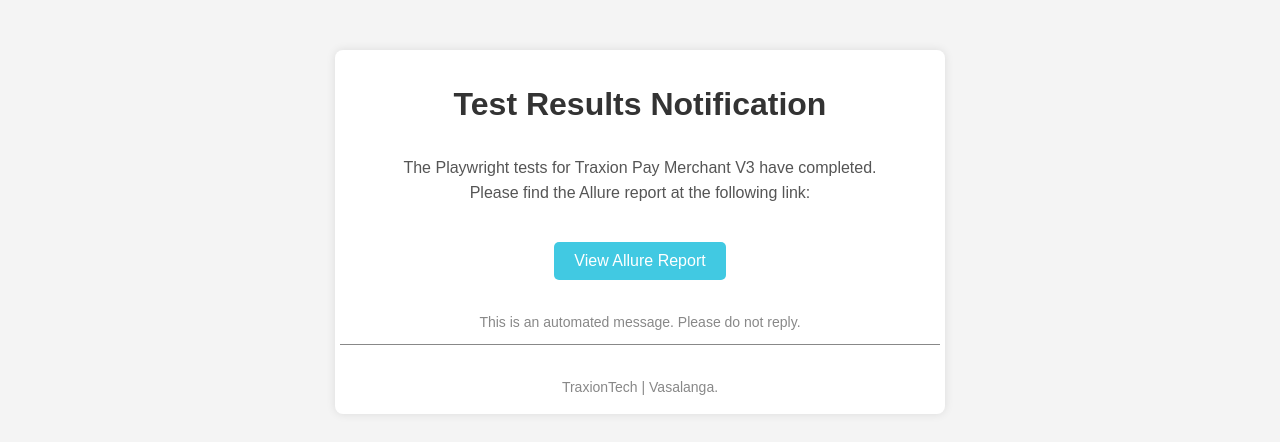
Repository: jmendozaqa24/TraxionPay-V3
Page: template.html
These files come from the project's save history. The page is drawn as it stood at one moment and after the next save; the edit follows.
The browser window is 1280 px wide. The pictures show the whole page.

Above is the page before, as saved 2025-01-31 10:52:45.

### template.html
<!DOCTYPE html>
            <html lang="en">
            <head>
                <meta charset="UTF-8">
                <meta name="viewport" content="width=device-width, initial-scale=1.0">
                <title>Test Results Notification</title>
            </head>
            <body style="font-family: Arial, sans-serif; background-color: #f4f4f4; margin: 5px 0; padding: 25px 0;">
                <div style="max-width: 600px; margin: 20px auto; background-color: #ffffff; padding: 5px; border-radius: 8px; box-shadow: 0 0 10px rgba(0, 0, 0, 0.1);">
                    <div style="text-align: center; padding-bottom: 0">
                        <h1 style="color: #333333; margin: 5; padding: 10px; ">Test Results Notification</h1>
                    </div>
                    <div style="text-align: center; margin: 5; padding: 0 40px;">
                        <p style="color: #555555; font-size: 16px; line-height: 1.6;">
                            The Playwright tests for Traxion Pay Merchant V3 have completed. Please find the Allure report at the following link:
                        </p>
                        <a href="https://dread-vin.github.io/TraxionPay-V3/"
                            style="display: inline-block; padding: 10px 20px; margin-top: 20px; font-size: 16px; color: #ffffff; background-color: #41C9E2; border-radius: 5px; text-decoration: none;">
                            View Allure Report
                        </a>
                    </div>
                    <div style="text-align: center; padding-top: 20px; font-size: 14px; color: #888888;">
                        <p>This is an automated message. Please do not reply.</p>
                    </div>
                    <hr style="border: none; border-top: 0.1px solid #888888; margin: 0;">
                    <div style="text-align: center; padding-top: 20px; font-size: 14px; color: #888888;">
                        <p>TraxionTech | Vasalanga.</p>
                    </div>
                </div>
            </body>
            </html>

After the next save:
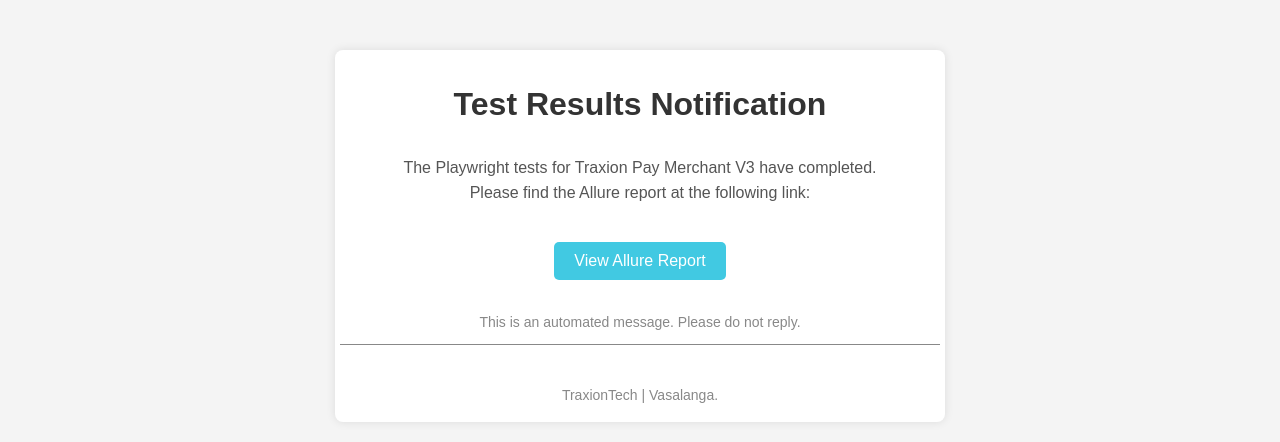
Saved 4 s later.
--- a/template.html
+++ b/template.html
@@ -22,7 +22,7 @@
                     <div style="text-align: center; padding-top: 20px; font-size: 14px; color: #888888;">
                         <p>This is an automated message. Please do not reply.</p>
                     </div>
-                    <hr style="border: none; border-top: 0.1px solid #888888; margin: 0;">
+                    <hr style="border: none; border-top: 0.1px solid #888888;">
                     <div style="text-align: center; padding-top: 20px; font-size: 14px; color: #888888;">
                         <p>TraxionTech | Vasalanga.</p>
                     </div>
